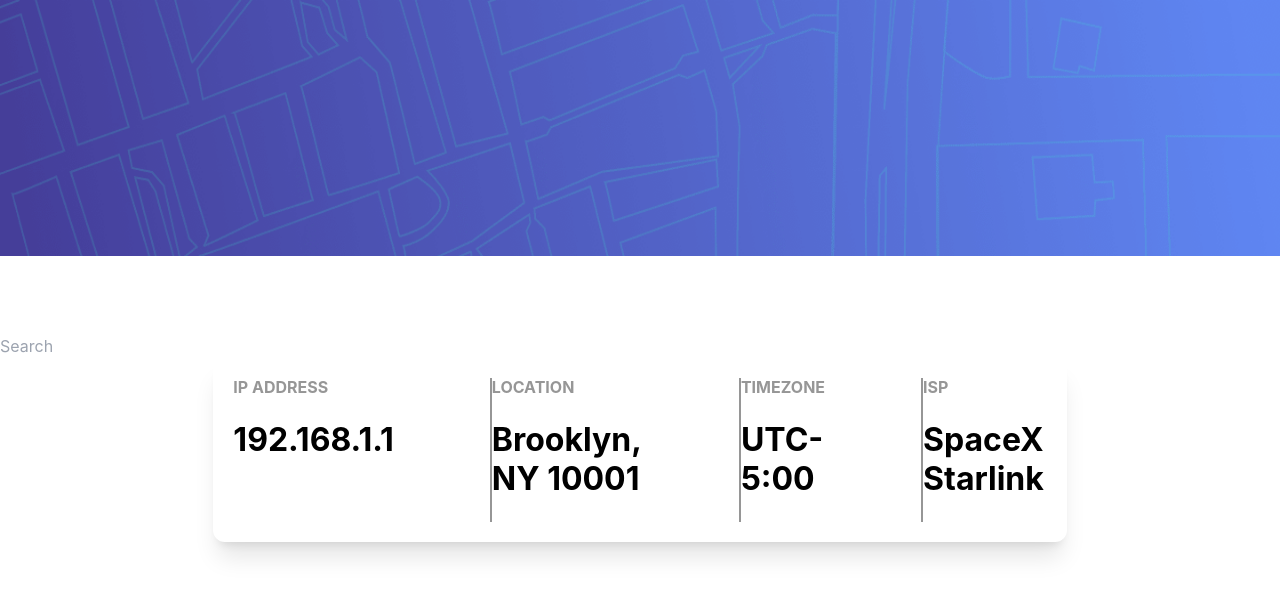
Repository: Dealsy/IP-Tracker
Page: /
These files come from the project's save history. The page is drawn as it stood at one moment and after the next save; the edit follows.
The browser window is 1280 px wide. The pictures show the whole page.
The project was rebuilt for these pictures with package versions that can differ from the ones it lists, and the page was loaded fresh each time. The framework's server and built-in components were replaced by stand-ins that run in the browser. Also part of the build but not shown: next.config.js.

Above is the page before, as saved 2022-04-21 21:45:29.

After the next save:
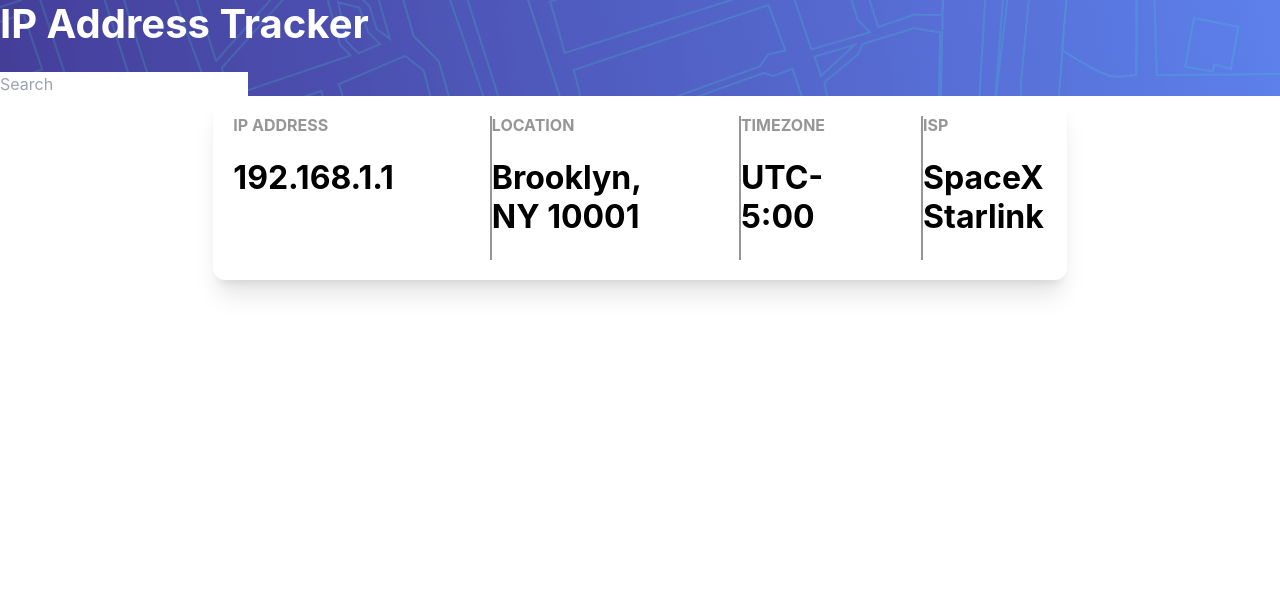
Saved 24 s later.
--- a/pages/index.js
+++ b/pages/index.js
@@ -12,14 +12,7 @@ export default function Home() {
       </Head>
 
       <main>
-        <div>
-          <Image
-            src={Backdrop}
-            alt="Picture of backdrop"
-            width={2000}
-            height={400}
-          />
-
+        <div className="bg-Backdrop">
           <h1 className="text-white">IP Address Tracker</h1>
           <input type="search" placeholder="Search" />
         </div>
